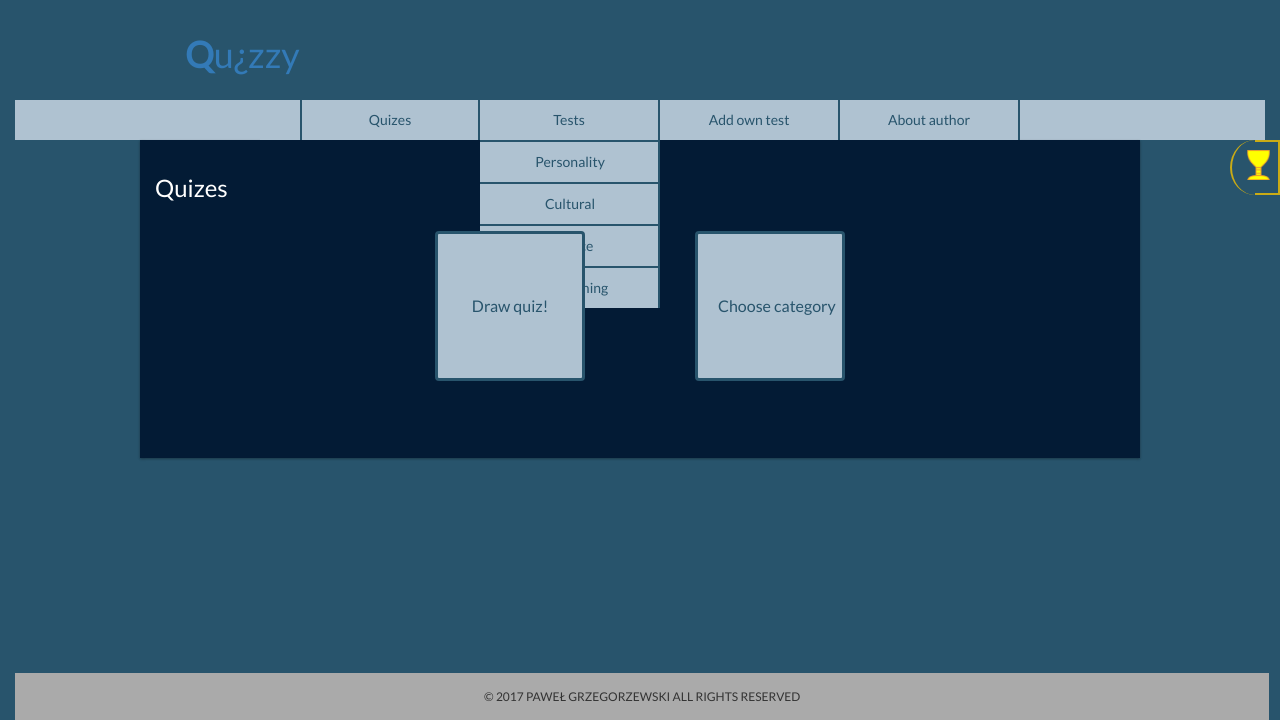
Repository: pgrzegorzewski/quiz
Page: http://localhost/app/quiz.php
The author's editor kept a copy of each file at every save. The page is drawn from the files as they stood at one save, then again after the next save.
The browser window is 1280 px wide. The pictures show the whole page.
Some web libraries are served in a nearby version. The page is run by PHP 8.4 with error messages shown; the project is at /var/www/html/.

Above is the page before, as saved 2017-04-22 13:00:59.

### htdocs/app/learningapp/app/quiz.php
<!DOCTYPE html>
<html>
<head>
	<meta name="viewport" content="width=device-width, initial-scale=1.0">
	<meta http-equiv="content-type" content="text/html; charset=utf-8">
	<meta charset="utf-8">
	<link rel="stylesheet" href="https://maxcdn.bootstrapcdn.com/bootstrap/3.3.7/css/bootstrap.min.css">
	<script src="https://ajax.googleapis.com/ajax/libs/jquery/3.1.1/jquery.min.js"></script>
	<script src="https://maxcdn.bootstrapcdn.com/bootstrap/3.3.7/js/bootstrap.min.js"></script>
	<link href="https://fonts.googleapis.com/css?family=Lato" rel="stylesheet">
	<link rel="StyleSheet" href="../css/index.css" />
	<link rel="StyleSheet" href="../css/question.css" />
	<link rel="StyleSheet" href="../css/quiz.css" />
	<link rel="StyleSheet" href="../css/side_menu_leaderboard.css" />
	<script type="text/javascript" src="../js/question.js"></script>
	<script type="text/javascript" src="../js/entertaining_test.js"></script>
	<script type="text/javascript" src="../js/side_menu_leaderboard.js"></script>
</head>

<body>

<div class="container-fluid">

	<div class= "sidemenu_2">

	</div>
	<div class= "sidemenu">
		<p style="cursor:pointer"><img src = "../resources/img/trophy.png" height = "50px" onmouseover="openLeaderboard()"/></p> <!-- &#9776; -->
	</div>
	<div id = 'leaderboard' class = 'leaderboard' onmouseleave = "closeLeaderboard()" >
		<a href = "javascript:void(0)" class = "closebtn" onclick = "closeLeaderboard()">&times;</a>
		test 1000pts;
	</div>


	<header class ="header">
		<h1 id="title"><a href ="index.php"><b>Q</b>u¿zzy</a></h1>
	</header>

	<div class="nav">
		<ol>
			<li>
				<a href ='#' id = "visited">Quizes</a>
			</li>
			<li>
				<a href ='#'>Tests</a>
				<ul>
					<li><a href="#">Personality</a></li>
					<li><a href="#">Cultural</a></li>
					<li><a href="#">Science</a></li>
					<li><a href="entertaining_test.php">Entertaining</a></li>
				</ul>
			</li>
			<li>
				<a href ='add_test.php'>Add own test</a>
			</li>
			<li>
				<a href ='#'>About author</a>
			</li>
		</ol>
	</div>

	<section class = "section">
		<div id ="welcome_div">
			<h3>Quizes</h3>

		</div>
		<div class = "row">
			<div class="col-sm-12" id="tiles">
				<?php

				echo "
					<table id = \"tile\">
						<tr>
							<td>
								<button name = '1' id = 'quizButton' class = 'category btn' >Draw quiz!</button>
							</td>
							<td style = \"width:50px\">

							</td>
							<td>
								<button name = '2' id = 'quizButton' class = 'category btn'>Choose category</button>
							</td>
						</tr>
					</table>
				";
				?>
				<br/><br/>

			</div>
		</div>
		<div class ="row">
			<div class="col-sm-12">
				<h4 id="test_title" hidden = "true">Let's begin with the</h4>
			</div>
		</div>
		<div id = "test_questions">

		</div>
		<div class ='row'>
				<div class='col-sm-12' id = 'result_div'>
					<h4 id= 'result_text' hidden = 'true'></h4>
				</div>
		</div>

	</section>
	<div class="footer">
		© 2017 PAWEŁ GRZEGORZEWSKI ALL RIGHTS RESERVED
	</div>
</div>




</body>
</html>

### htdocs/app/learningapp/css/index.css

.container-fluid
{
	min-height: 100%;
	background-color:#28546C;
	width:100%;
	font-family: 'Lato', sans-serif;
}

img{
	padding:10px;
}

#img2{
	padding:3px;
	padding-bottom:12px;
}

html {
    font-family: "Lucida Sans", sans-serif;
    background-color:#28546C;
}

h1, h2, h3 ,h4{
	color: white;
	text-align:ceter;
}

#title{
	margin-left:30px;
}

body
{
	height:100%;
	padding-bottom:60px;
	background-color:#28546C;
	margin:0px !important;

}
.page {
  margin-left:auto;
  margin-right:auto;
  width:100%;
}

.title {
	text-align:center;
}

.buttons_next_prev{
	text-align:center;
}


.header {
	width:80%;
	margin:0 auto;
    background-color: #28546C;
    color: #ffffff;
    padding: 15px;
	text-decoration: none;

}

.menu_header {
	width:80%;
    background-color: #CCCCCC;
    padding: 10px;
    color: white;
    text-align: center;
    font-size: 14px;
    box-shadow: 0 1px 3px rgba(0,0,0,0.12), 0 1px 2px rgba(0,0,0,0.24);
	width:auto;
}


.section{

	width: 80%;
	margin:0 auto;
	background-color: #031B35;
    padding: 15px;
    color: white;
    text-align: justify;
    font-size: 14px;
    box-shadow: 0 1px 3px rgba(0,0,0,0.12), 0 1px 2px rgba(0,0,0,0.24);
}

td
{
	padding-right:12px;
}


.canvas{

	 width: 500px;
	 height: 300px;
	 color: #FFFFFF;
}

.nav {
	width:100%;
	background-color:#AFC2D1;
	text-align: center;
	vertical-align:center;
}

.footer
{
	width:100%;
	background-color:#AFC2D1;
	text-align: center;
	vertical-align:center;
}

.nav ol
{
	margin:0 auto;
	background-color:#AFC2D1;
	list-style:none;
	line-height: 200%;
	display:inline-block;
	vertical-align:middle;
	height:40px;
}


ol a
{
	color: #28546C;
	text-decoration:none;
	display:block;
	height:40px;
	padding:6px;
	vertical-align: middle;
	text-align: center;
	z-index:200;
}

ol > li
{
	list-style:none;
	width: 180px;
	color: #28546C;
	background-color:#AFC2D1;
	border-right:2px solid #28546C;
	float:left;
	display: table-cell;

}

ol > li:hover
{
	background-color:#031B35;

}

ol > li a:hover
{
	color:white;
	border: 1px solid white;
}

ol > li:hover > a
{
	color:white;
	border: 1px solid white;
}


ol > li:first-child
{
	border-left:2px solid #28546C;
}

ol > li > ul
{

	position: relative;
	z-index: auto;
	list-style-type: none;
	padding:0;
	margin:0 auto;
}

ol > li > ul > li
{
	border-top: 2px solid #28546C;
	background-color: #AFC2D1;

}

ol > li > ul > li > a
{
	width: 180px;
}

ol > li > ul > li:hover
{
	background-color:#031B35;
}

ol > li > ul > li > a:hover
{
	color:white;
	border: 1px solid white;
}

.menu a:link, a:visited {
    color: white;
    background-color: #CCCCCC;
	padding: 3px;
	width: width:1200px;;
    text-decoration: none;
    display: inline-block;
}


.menu a:hover, a:active {
    color: white;
	background-color: #999999;
}

.menu a:hover, a:active {
    color: white;
	background-color: #999999;
}

.section a:link, a:visited {
    color: #000000;
    background-color: #CCCCCC;
	padding: 3px;
	width: 50px;
    text-decoration: none;
}


.section a:hover, a:active {
    background-color: #999999;
	color: white;
}

.footer {
    background-color: #AAAAAA;
    font-size: 12px;
    padding: 15px;
    bottom: 0;
    position : fixed;
    width:98%

}

.submenu{
	display:none;
}



@media only screen and (min-width: 768px) and (max-width: 922px) {
    .col-m-1 {width: 8.33%;}
    .col-m-2 {width: 16.66%;}
    .col-m-3 {width: 25%;}
    .col-m-4 {width: 33.33%;}
    .col-m-5 {width: 41.66%;}
    .col-m-6 {width: 50%;}
    .col-m-7 {width: 58.33%;}
    .col-m-8 {width: 66.66%;}
    .col-m-9 {width: 75%;}
    .col-m-10 {width: 83.33%;}
    .col-m-11 {width: 91.66%;}
    .col-m-12 {width: 100%;}
}

@media only screen and (min-width: 922px) and (max-width: 1200px) {
    .col-1 {width: 8.33%;}
    .col-2 {width: 16.66%;}
    .col-3 {width: 25%;}
    .col-4 {width: 33.33%;}
    .col-5 {width: 41.66%;}
    .col-6 {width: 50%;}
    .col-7 {width: 58.33%;}
    .col-8 {width: 66.66%;}
    .col-9 {width: 75%;}
    .col-10 {width: 83.33%;}
    .col-11 {width: 91.66%;}
    .col-12 {width: 100%;}
}

@media only screen and (min-width: 1200px){
    .col-1 {width: 8.33%;}
    .col-2 {width: 16.66%;}
    .col-3 {width: 25%;}
    .col-4 {width: 33.33%;}
    .col-5 {width: 41.66%;}
    .col-6 {width: 50%;}
    .col-7 {width: 58.33%;}
    .col-8 {width: 66.66%;}
    .col-9 {width: 75%;}
    .col-10 {width: 83.33%;}
    .col-11 {width: 91.66%;}
    .col-12 {width: 100%;}
}

### htdocs/app/learningapp/css/question.css
#question
{
	text-align: center;

}


#question button{
	min-width: 50px;
	text-align: center;
}

#question th{
	min-width: 50px;
	text-align: center;
}

td, th > #question{
	min-width: 90px;
	padding:10px;
	text-align: center;
}

### htdocs/app/learningapp/css/quiz.css
#quizButton
{
	padding:20px;
}


#tiles
{
	padding:10px;
	z-index:50;
	position:relative;
}

#tile
{
	text-align:center;
	margin-left:auto;
	margin-right:auto;

}

button .clicked
{
	background-color:#6ac65b;
}

#tile  tr  td
{
	width: 150px;
	height: 150px;
}

#tile  tr  td > button
{
	background-color:#AFC2D1;
	color:#28546C;
	width: 150px;
	height: 150px;
	border: 3px solid #28546C;
	font-size:16px;
	z-index:50;
}

#tile  tr  td >button:hover
{
	background-color:#CAAB15;
	color:white;
	width: 150px;
	height: 150px;
	border: 3px solid #28546C;
}

### htdocs/app/learningapp/css/side_menu_leaderboard.css
.leaderboard
{
	height:40%;
	width:0;
	position: fixed;
	z-index: 250;
	top: 140px;
	right: 0;
	border:0px solid #CAAB15;
	background-color:#AFC2D1;
	overflow-x: hidden;
	transition: 0.5s;
	padding-top: 60px;
	hidden:true;
	text-align:center;
}

.leaderboard .closebtn{
	position: absolute;
	top: 0;
	right:5px;
	font-size: 25px;
	margin-right: 0px;
}

.sidemenu
{
	height:55px;
	width:50px;
	border-radius:100%;
	border-left:2px solid #CAAB15;
	position: fixed;
	z-index: 200;
	top: 140px;
	right: 0;
	font-size:20px;
	text-align:center;
}

.sidemenu_2
{
	height:55px;
	width:25px;
	position: fixed;
	z-index: 150;
	top: 140px;
	right: 0;
	border-bottom:2px solid #CAAB15;
	border-top:2px solid #CAAB15;
	border-right:2px solid #CAAB15;
}

### htdocs/app/learningapp/js/question.js

function checkAnswear(button)
{
	if($(button).attr("id") == '1')
		alert("You won");
	else
		alert("nope");
}

### htdocs/app/learningapp/js/side_menu_leaderboard.js
function openLeaderboard()
{
	document.getElementById("leaderboard").style.width = "250px";
	document.getElementById("leaderboard").style.border = "2px solid #CAAB15";

}

function closeLeaderboard()
{
	document.getElementById("leaderboard").style.width = "0px";
	document.getElementById("leaderboard").style.border = "0px solid #CAAB15";
}

Loaded but not shown: htdocs/app/learningapp/js/entertaining_test.js (no copy from this time; the picture is the same without it)

After the next save:
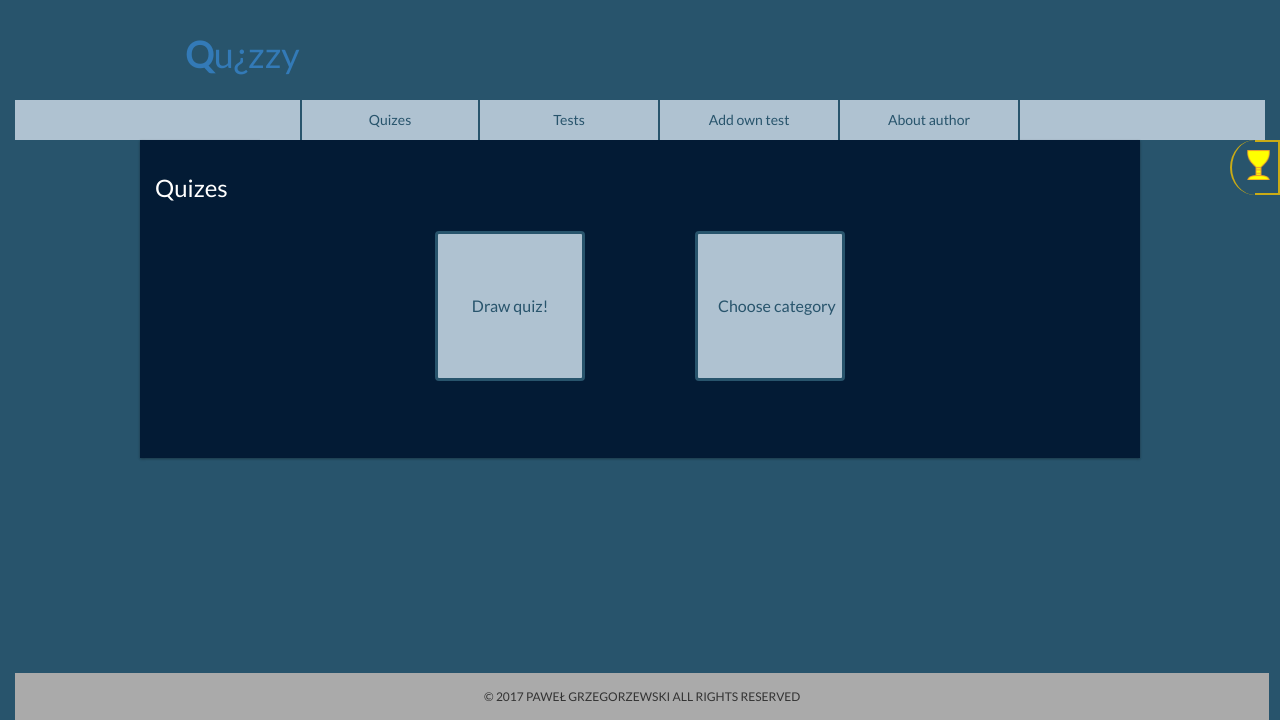
Saved 34 s later.
--- a/htdocs/app/learningapp/css/index.css
+++ b/htdocs/app/learningapp/css/index.css
@@ -177,7 +177,7 @@ ol > li:first-child
 
 ol > li > ul
 {
-
+	display: none;
 	position: relative;
 	z-index: auto;
 	list-style-type: none;
